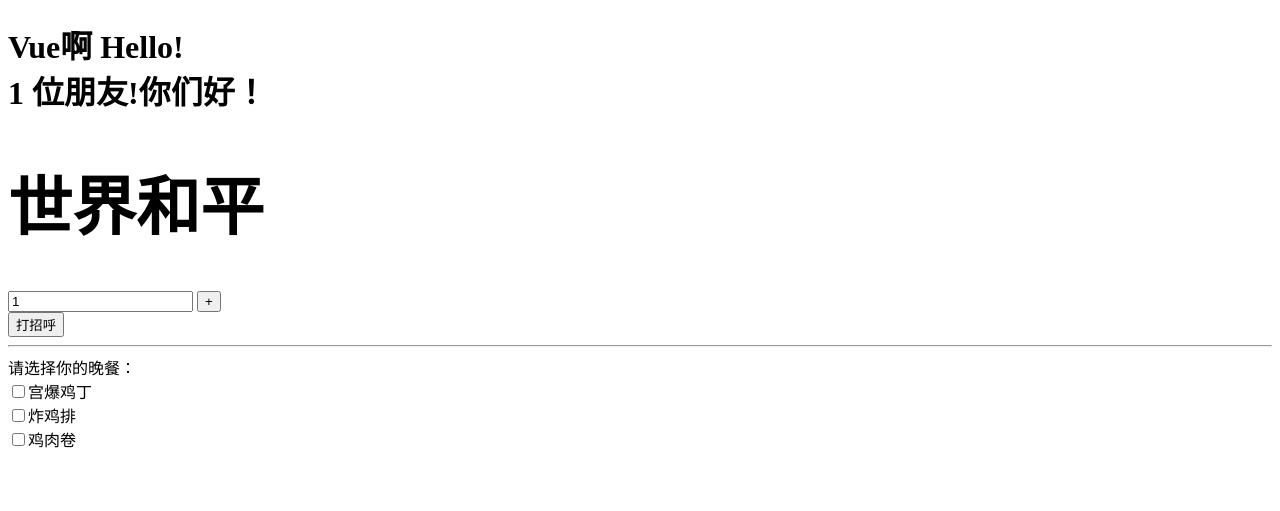
Repository: SOROoi/Web_front-end
Page: Web01_Vue/src/main/webapp/index.html
The author's editor kept a copy of each file at every save. The page is drawn from the files as they stood at one save, then again after the next save.
The browser window is 1280 px wide. The pictures show the whole page.

Above is the page before, as saved 2020-07-11 09:07:18.

After the next save:
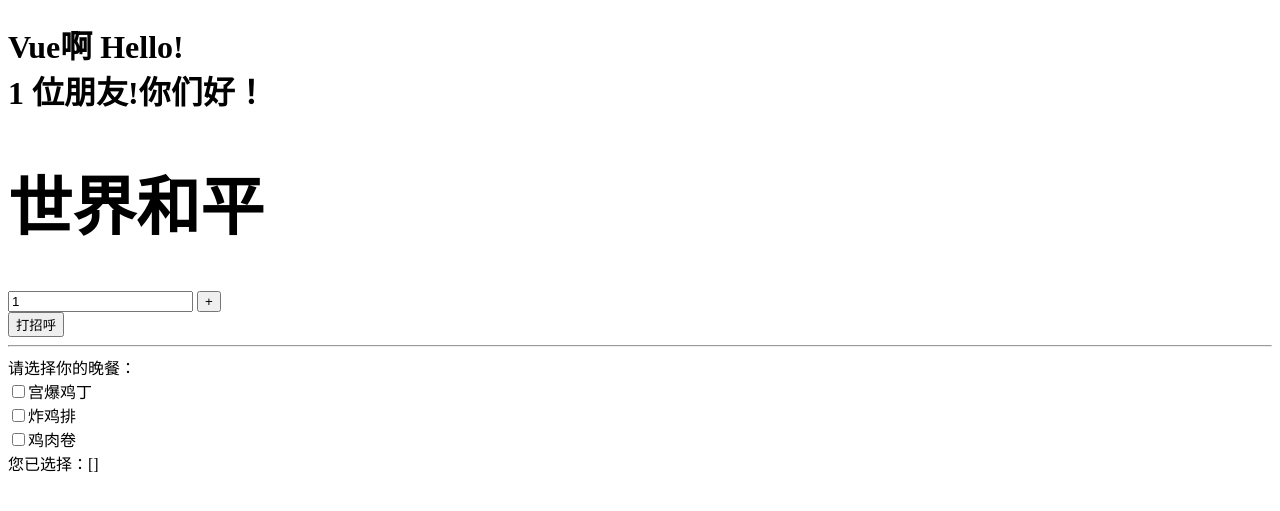
Saved 41 s later.
--- a/Web01_Vue/src/main/webapp/index.html
+++ b/Web01_Vue/src/main/webapp/index.html
@@ -20,7 +20,7 @@
 		<input type="checkbox" v-model="dinner" value="宫爆鸡丁">宫爆鸡丁<br>
 		<input type="checkbox" v-model="dinner" value="炸鸡排">炸鸡排<br>
 		<input type="checkbox" v-model="dinner" value="鸡肉卷">鸡肉卷<br>
-
+		您已选择：<span v-text="dinner"></span>
 	</div>
 </body>
 
